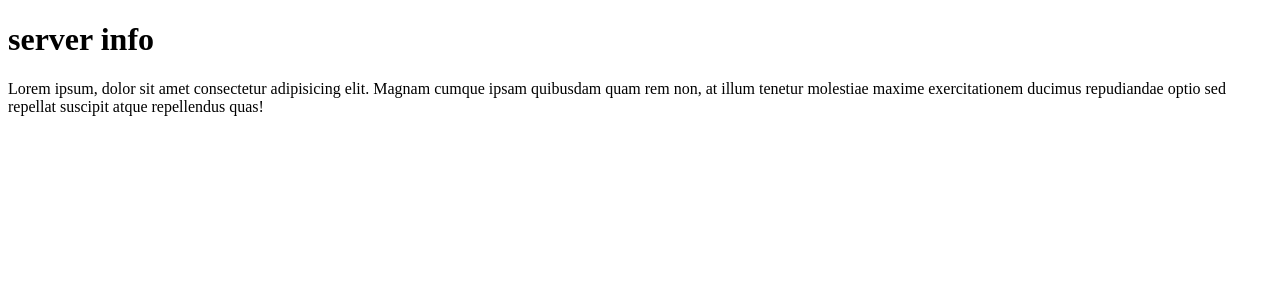
Repository: thecptwaffles/minecraft-api_website
Page: index.html
The author's editor kept a copy of each file at every save. The page is drawn from the files as they stood at one save, then again after the next save.
The browser window is 1280 px wide. The pictures show the whole page.
Some web fonts or font styles are not loaded; a fallback is used.

Above is the page before, as saved 2022-01-23 14:40:44.

After the next save:
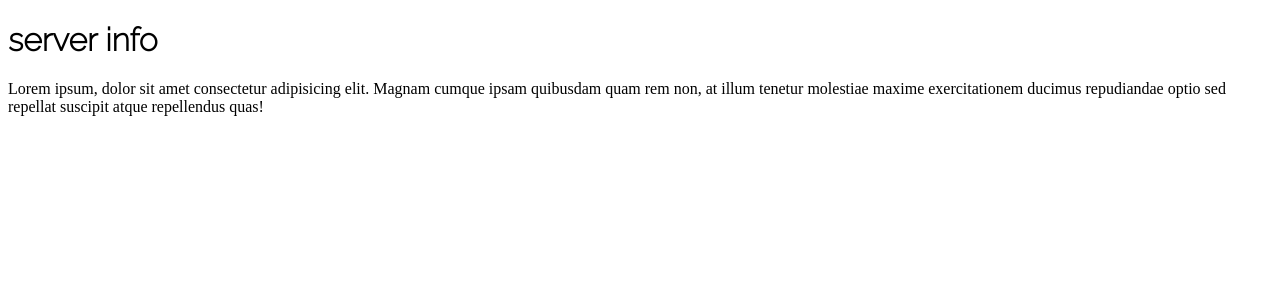
Saved 42 s later.
--- a/style.css
+++ b/style.css
@@ -7,3 +7,7 @@
     --prim-font:'Raleway', sans-serif;
     --sec-font:'Dongle', sans-serif;
 }
+
+h1 {
+    font-family: var(--prim-font);
+}
